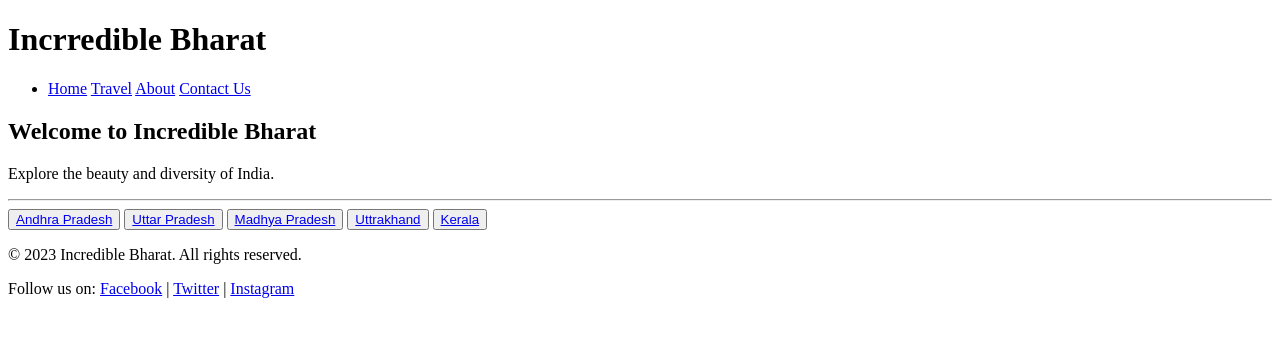
Repository: jaidhiman111/incrediblebharat
Page: index.html
These files come from the project's save history. The page is drawn as it stood at one moment and after the next save; the edit follows.
The browser window is 1280 px wide. The pictures show the whole page.

Above is the page before, as saved 2025-04-30 21:18:38.

### index.html
<!DOCTYPE html>
<html lang="en">
<head>
    <meta charset="UTF-8">
    <meta name="viewport" content="width=device-width, initial-scale=1.0">
    <title>Document</title>
</head>
<body>
    <!-- This is the header of the page. -->
    <header class="header">
        <div class="logo">
            <h1>Incrredible Bharat</h1>
        </div>
        <div class="nav">
            <nav>
                <ul>
                    <li>
                        <a href="#">Home</a>
                        <a href="#">Travel</a>
                        <a href="#">About</a>
                        <a href="#">Contact Us</a>
                    </li>
                </ul>
            </nav>
        </div>
    </header>
    <!-- This is the main content of the page. -->
     <main class="main-container">
        <section>
            <h2>Welcome to Incredible Bharat</h2>
            <p>Explore the beauty and diversity of India.</p>
        </section>
        <hr>
        <section>
            <button type="button"><a href="#">Andhra Pradesh</a></button>
            <button type="button"><a href="#">Uttar Pradesh</a></button>
            <button type="button"><a href="#">Madhya Pradesh</a></button>
            <button type="button"><a href="#">Uttrakhand</a></button>
            <button type="button"><a href="#">Kerala</a></button>
        </section>
     </main>
     <!-- This is the footer of the page. -->
      <footer>
        <div>
            <p>&copy; 2023 Incredible Bharat. All rights reserved.</p>
            <p>Follow us on:
                <a href="#">Facebook</a> |
                <a href="#">Twitter</a> |
                <a href="#">Instagram</a>
        </div>
      </footer>
</body>
</html>

After the next save:
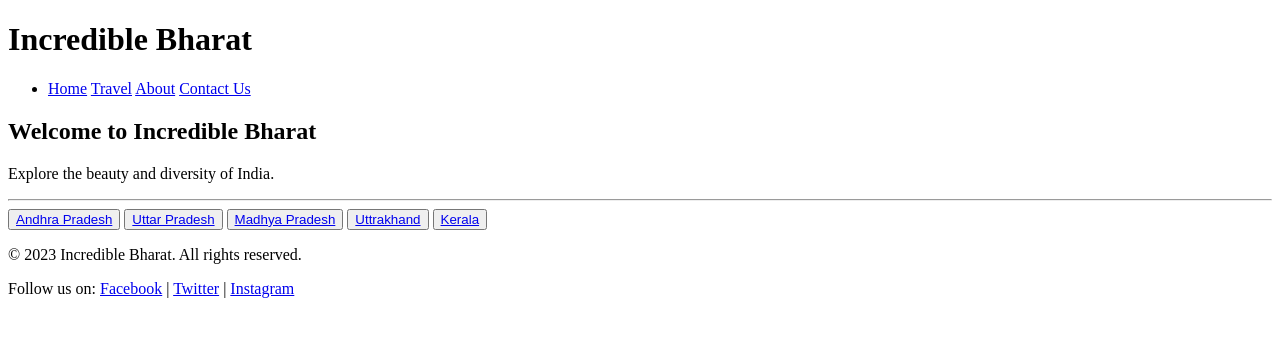
Saved 30 s later.
--- a/index.html
+++ b/index.html
@@ -9,7 +9,7 @@
     <!-- This is the header of the page. -->
     <header class="header">
         <div class="logo">
-            <h1>Incrredible Bharat</h1>
+            <h1>Incredible Bharat</h1>
         </div>
         <div class="nav">
             <nav>
